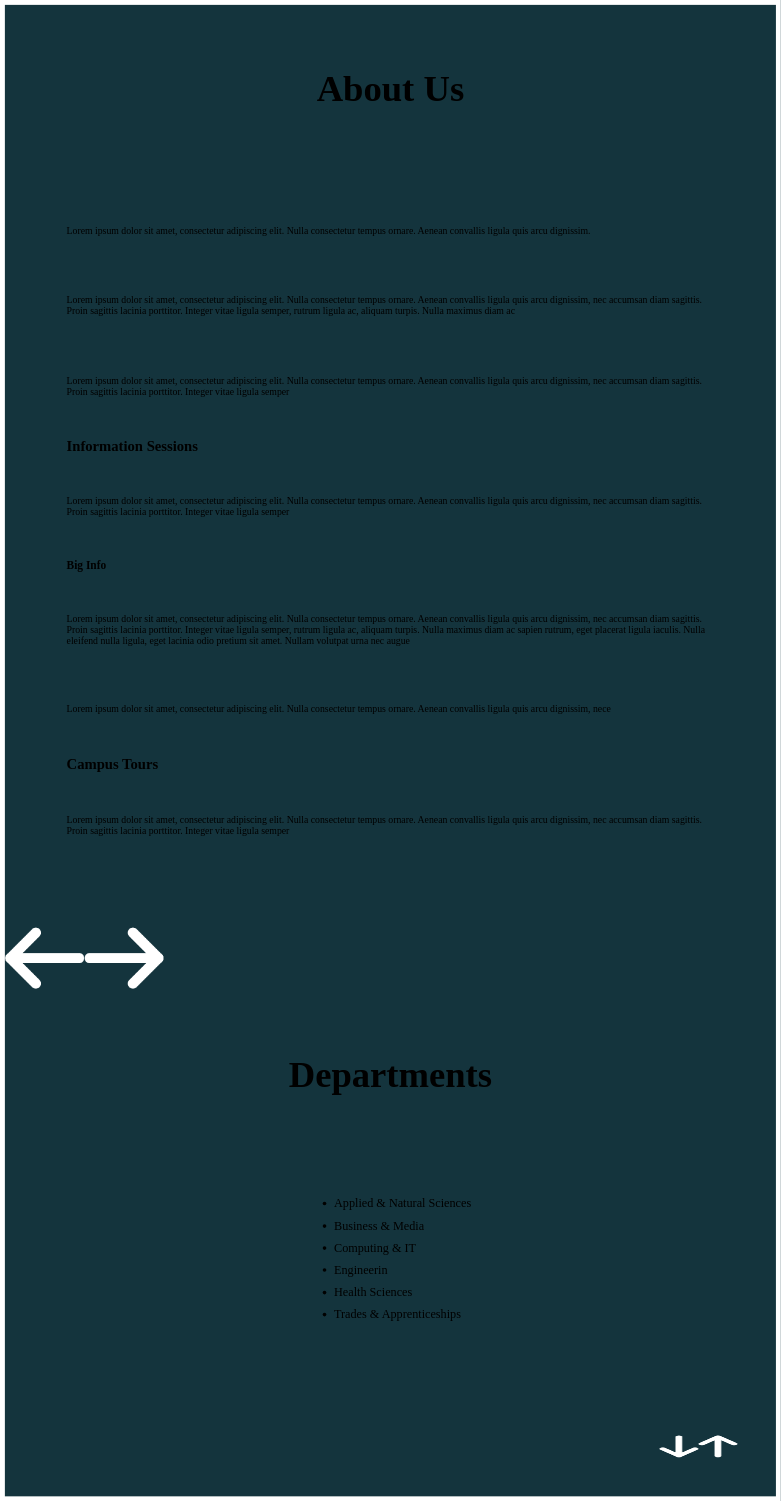
Repository: sierralaurent/MDIA2109-Assignment01
Page: /about
The author's editor kept a copy of each file at every save. The page is drawn from the files as they stood at one save, then again after the next save.
The browser window is 1280 px wide. The pictures show the whole page, at 61% of full size.
The project was rebuilt for these pictures with package versions that can differ from the ones it lists, and the page was loaded fresh each time. The framework's server and built-in components were replaced by stand-ins that run in the browser. Also part of the build but not shown: next.config.js, styles/About.module.css.

Above is the page before, as saved 2023-02-05 10:29:02.

After the next save:
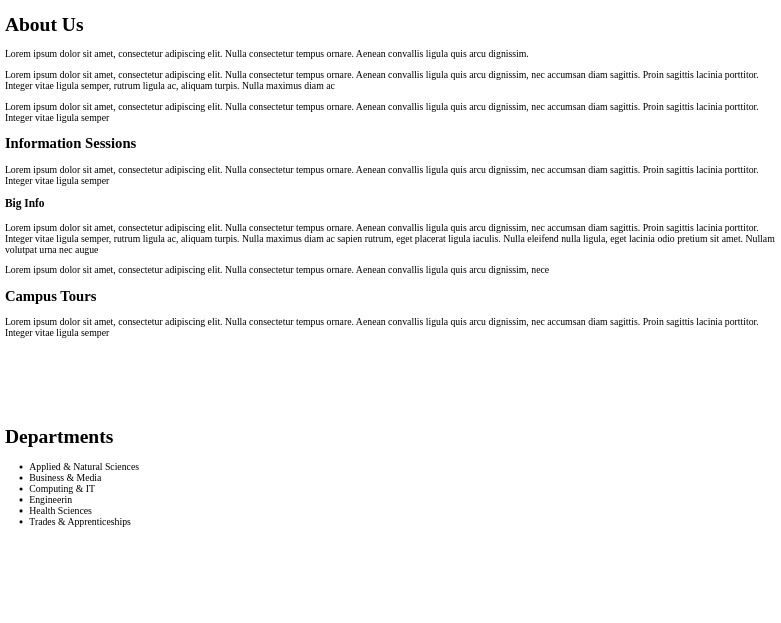
Saved 11 s later.
--- a/pages/about.js
+++ b/pages/about.js
@@ -1,7 +1,7 @@
 import Head from 'next/head'
 import Image from 'next/image'
 import { Inter } from '@next/font/google'
-import styles from '@/styles/Home.module.css'
+import styles from '@/styles/About.module.css'
 import Link from 'next/link'
 
 export default function About() {
